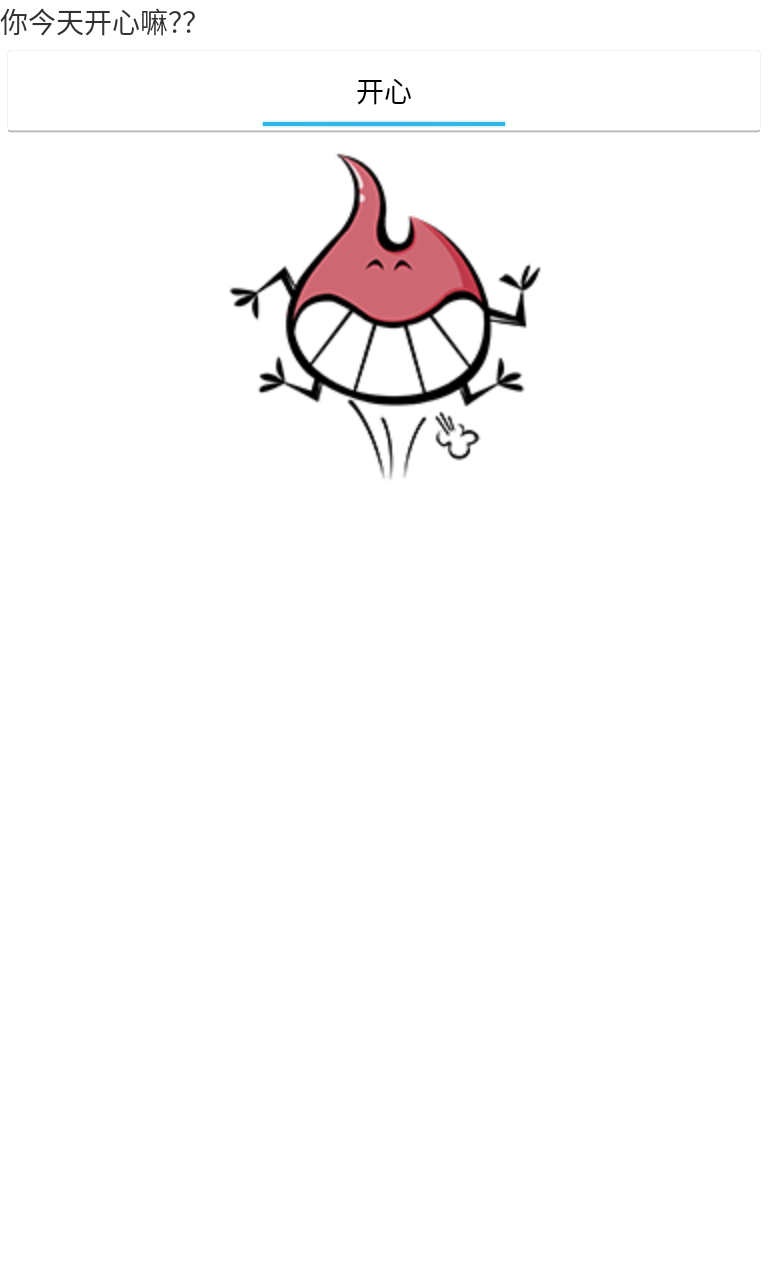
Repository: ling-cen/demo
Layout: UI_ToggleButton/res/layout/toggle_layout.xml
An editor plug-in stored every save of this project. The layout is shown before and after a run of saves, followed by the edit.
It is drawn on a 768 x 1280 px phone screen (xhdpi) without system bars, with theme AppTheme; the app's code is not run.

Above is the layout before, as saved 2018-12-13 11:15:31.

After the next 2 saves:
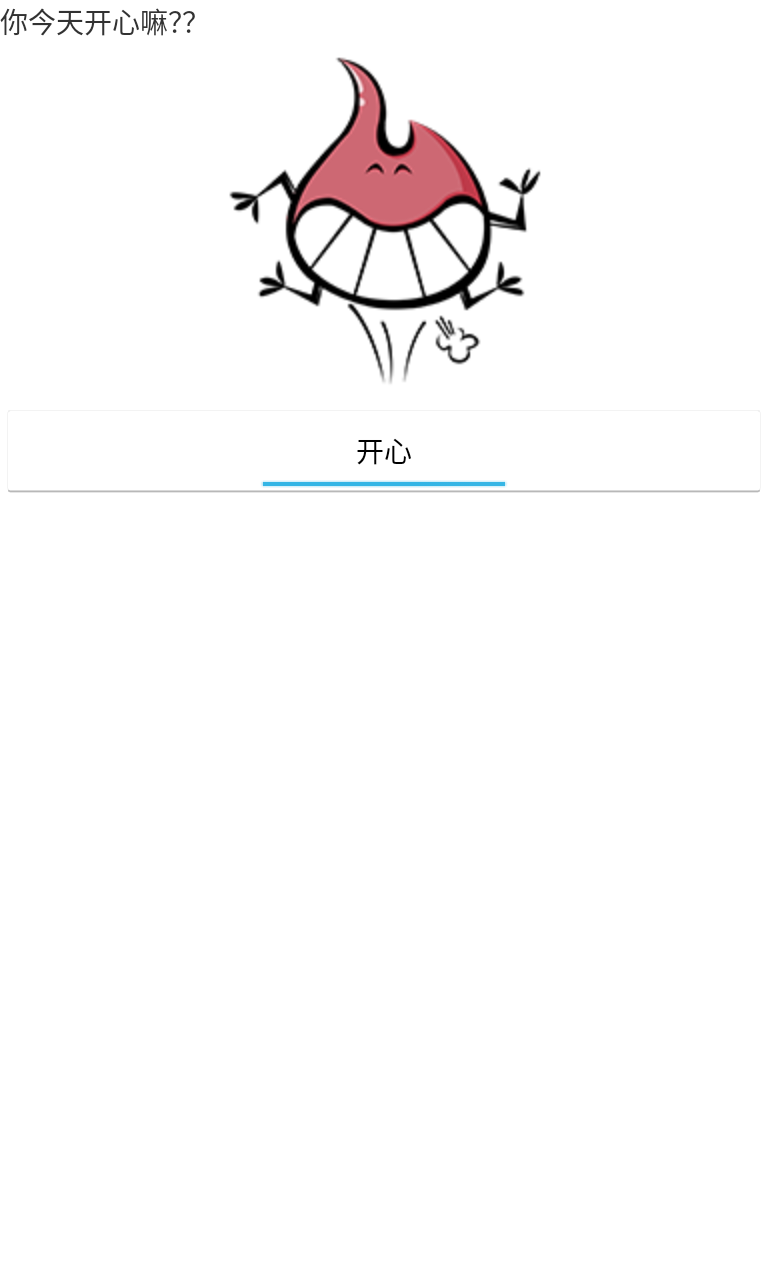
The 2 saves are shown as one change because 1 did not build or start.
The last was saved 101 s later.
--- a/UI_ToggleButton/res/layout/toggle_layout.xml
+++ b/UI_ToggleButton/res/layout/toggle_layout.xml
@@ -9,6 +9,12 @@
         android:layout_height="wrap_content"
         android:text="你今天开心嘛？？" />
 
+    <ImageView
+        android:id="@+id/toHappy"
+        android:layout_width="match_parent"
+        android:layout_height="wrap_content"
+        android:src="@drawable/happy" />
+
     <ToggleButton
         android:id="@+id/togle_button"
         android:layout_width="match_parent"
@@ -17,10 +23,7 @@
         android:textOff="不开心"
         android:textOn="开心" />
 
-    <ImageView
-        android:id="@+id/toHappy"
-        android:layout_width="match_parent"
-        android:layout_height="wrap_content"
-        android:src="@drawable/happy" />
+    <ImageView>
+    </ImageView>
 
 </LinearLayout>
